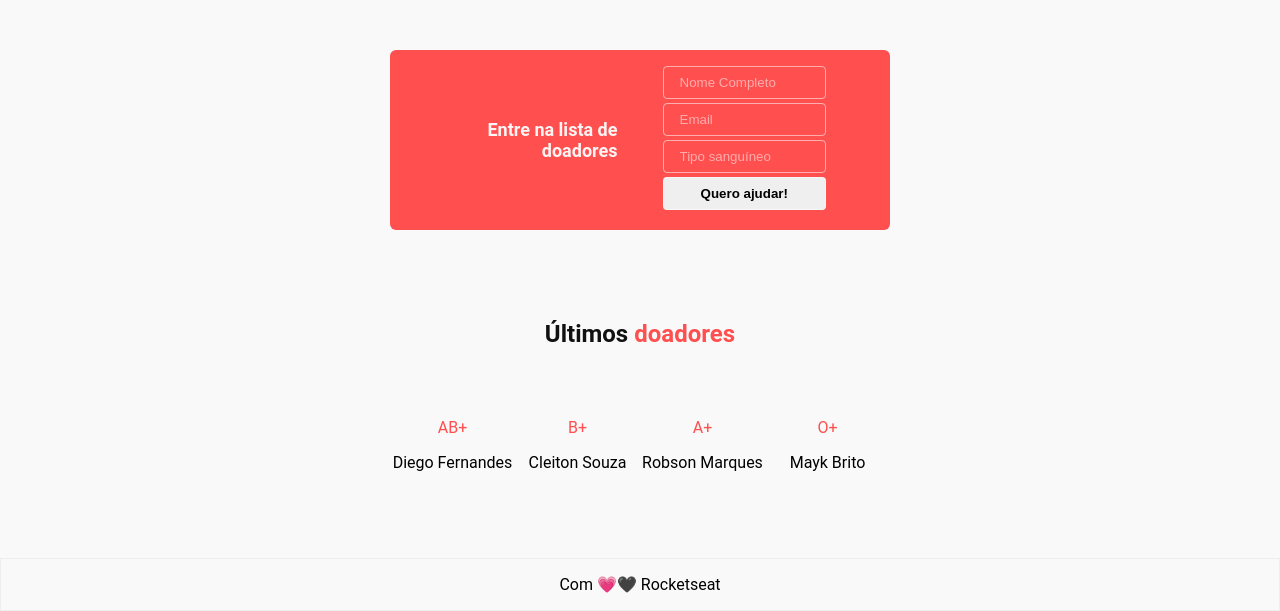
Repository: lucas-silva-dev/Doe
Page: index.html
These files come from the project's save history. The page is drawn as it stood at one moment and after the next save; the edit follows.
The browser window is 1280 px wide. The pictures show the part of the page from y = 474 to 1085 px (the page is 1085 px tall before and 1080 px after).
A picture or video elsewhere on the page could not be fetched, so the positions and the page height are approximate. Some web fonts or font styles are not loaded; a fallback is used.

Above is the page before, as saved 2020-02-18 16:47:05.

### index.html
<!DOCTYPE html>
<!-- HTML
  HYPERTEXT
    Texto que contém links para outros documentos

  MARKUP
    Texto conterá marcações
    <tags>

  LANGUAGE
    Para comunicar de certa maneira. Sintaxe específica
-->
<html>

<head>
  <!-- são as configurações da minha página-->
  <title>Doe sangue! Doe vida!</title>

  <link rel="stylesheet" href="style.css">
  <link href="https://fonts.googleapis.com/css?family=Asap|Asap+Condensed&display=swap" rel="stylesheet">

</head>

<body>
  <!-- Aqui vem todo conteúdo visível para o usuário, dentro de certa página-->
  <header>
    <img class="logo" src="logo.png" alt="Imagem de DOE">
    <h2>A sua doação importa</h2>
    <p>Até 3 vidas com 1 doação</p>
    <p>Mais de 38.00 doações são necessárias todos os dias</p>
    <p>Apenas 1.9% da população brasileira, doa sangue</p>
    <button>Quero ajudar!</button>
  </header>

  <section class="form">
    <h2>Entre na lista de doadores</h2>
    <form action="/">
      <input type="text" name="name" placeholder="Nome Completo">
      <input type="text" name="email" placeholder="Email">
      <input type="text" name="blood" placeholder="Tipo sanguíneo">
      <button type="submit">Quero ajudar!</button>
    </form>
  </section>

  <main>
    <h2>Últimos <span>doadores</span></h2>

    <section class="donors">
      <div class="donor">
        <div class="blood">AB+</div>
        <p>Diego Fernandes</p>
      </div>
      <div class="donor">
        <div class="blood">B+</div>
        <p>Cleiton Souza</p>
      </div>
      <div class="donor">
        <div class="blood">A+</div>
        <p>Robson Marques</p>
      </div>
      <div class="donor">
        <div class="blood">O+</div>
        <p>Mayk Brito</p>
      </div>
    </section>
  </main>

  <footer> Com 💗🖤 Rocketseat</footer>

</body>

</html>

### style.css
/*
  CASCADING STYLESHEET
*/

/* GLOBAL */
* {
  /* corrigindo comportamento padrão css */
  box-sizing: border-box;
}

html,
body {
  margin: 0;
  box-sizing: border-box;
}

body {
  display: flex;
  flex-direction: column;
  height: 100vh;

  font-family: "Roboto", sans-serif;
  background-color: #f9f9f9;
}

h1,
h2 {
  color: #000e;
}

/* TITULOS */
header h1,
main h2 {
  margin-bottom: 70px;
}

main h2 span {
  color: #ff4f4f;
}

.form h2 {
  text-align: right;
  color: #fffe;
  font-size: 18px;
}

/* ESTRUTURA */
header,
main,
footer {
  /* alinhamento de textos */
  text-align: center;
}

header,
.form,
main {
  /* espaçamentos com margin */
  margin: 0 auto 70px;

  /* limites dos elementos */
  width: 90%;
  max-width: 500px;
}

/* HEADER */

header button {
  margin-top: 16px;
  padding: 8px 16px;
  border-radius: 4px;
  border: none;

  background-color: #ff4f4f;
  color: #fff;
  font-weight: bold;
}

.logo {
  width: 120px;
  margin: 70px 0;
}

/* FORM */
section.form {
  display: grid;
  grid-template-columns: 1fr 1fr;
  align-items: center;
  gap: 45px;

  background-color: #ff4f4f;
  padding: 16px 64px;
  border-radius: 6px;
}

form input,
form button {
  /* largura */
  width: 100%;

  /* espaçamentos */
  margin-bottom: 4px;

  /* preenchimento */
  padding: 8px 16px;

  /* bordas */
  border-radius: 4px;
  border: 1px #fff8 solid;
}

form input {
  background-color: transparent;
}

form input::placeholder {
  color: #fff8;
}

form button {
  font-weight: bold;
}

/* MAIN */
main .donors {
  display: grid;
  grid-template-columns: 1fr 1fr 1fr 1fr;
}

.blood {
  color: #ff4f4f;
}

/* footer*/
footer {
  margin-top: auto;
  padding: 16px;

  border: 1px solid #eee;
}

After the next save:
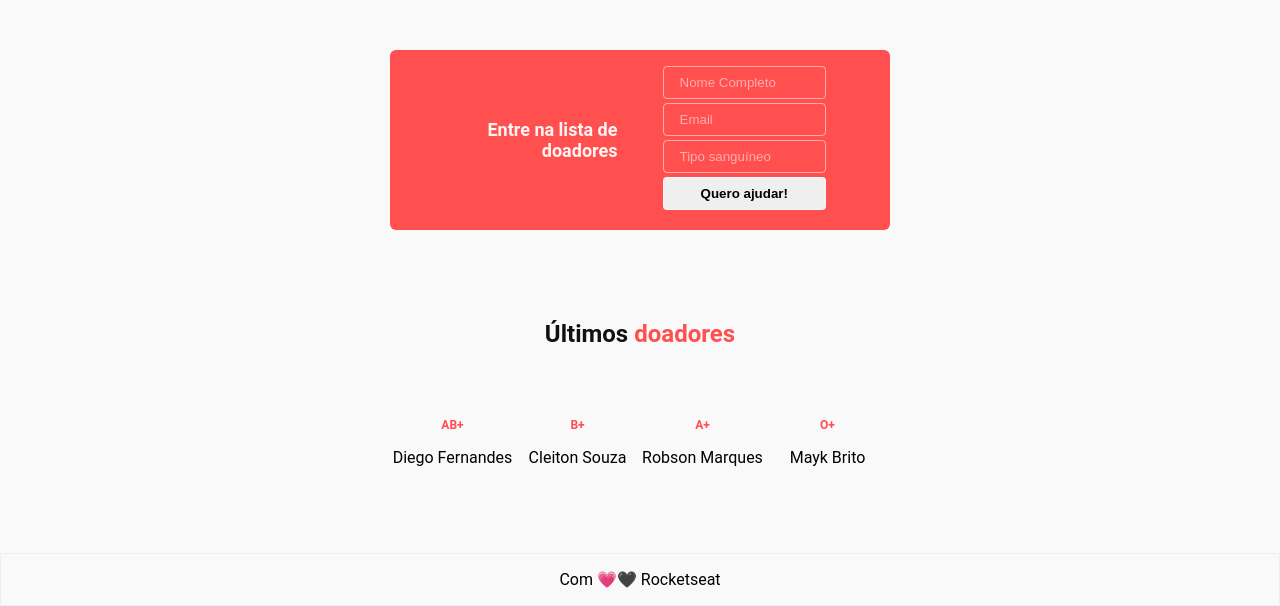
Saved 40 s later.
--- a/style.css
+++ b/style.css
@@ -129,6 +129,8 @@ main .donors {
 
 .blood {
   color: #ff4f4f;
+  font-weight: bold;
+  font-size: 12px;
 }
 
 /* footer*/
